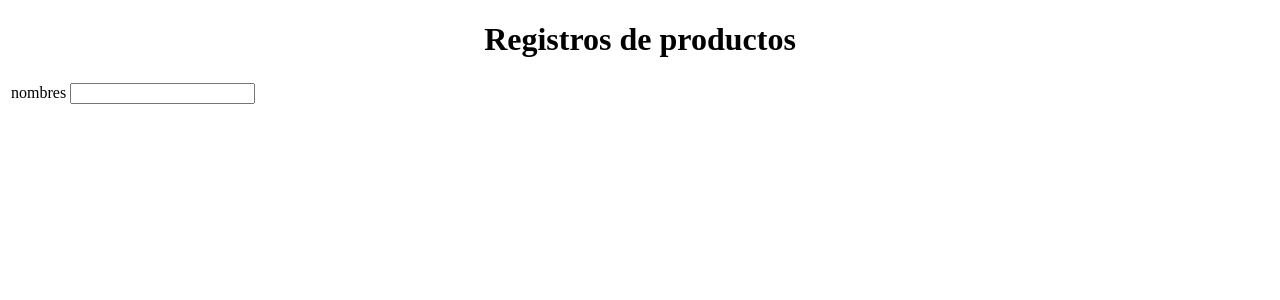
Repository: davidgit20/Examen_JPA
Page: http://localhost/examen_CL2/RegistroProducto.jsp
The author's editor kept a copy of each file at every save. The page is drawn from the files as they stood at one save, then again after the next save.
The browser window is 1280 px wide. The pictures show the whole page.
The page is served by Tomcat 9. Other server files are loaded and not shown.

Above is the page before, as saved 2023-10-24 23:23:08.

### examen_CL2/src/main/webapp/RegistroProducto.jsp
<%@ page language="java" contentType="text/html; charset=ISO-8859-1"
    pageEncoding="ISO-8859-1"%>
<!DOCTYPE html PUBLIC "-//W3C//DTD HTML 4.01 Transitional//EN" "http://www.w3.org/TR/html4/loose.dtd">
<html>
<head>
<meta http-equiv="Content-Type" content="text/html; charset=ISO-8859-1">
<title>Productos</title>
</head>
<body>
<h1 align="center">Registros de productos</h1>
	<form>
		<table>
			<tr>
				<td>nombres</td>
				<td><input type="text" name="nombres"></td>
			</tr>
		</table>
	</form>
</body>
</html>

After the next save:
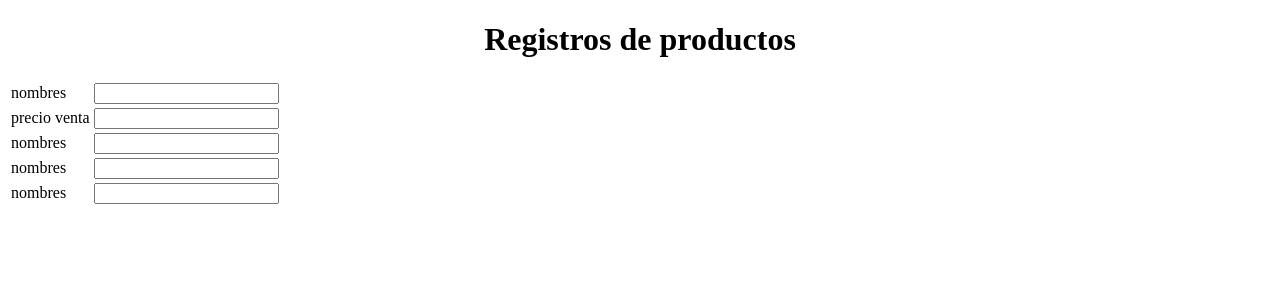
Saved 28 s later.
--- a/examen_CL2/src/main/webapp/RegistroProducto.jsp
+++ b/examen_CL2/src/main/webapp/RegistroProducto.jsp
@@ -14,6 +14,22 @@
 				<td>nombres</td>
 				<td><input type="text" name="nombres"></td>
 			</tr>
+			<tr>
+				<td>precio venta</td>
+				<td><input type="text" name="venta"></td>
+			</tr>
+			<tr>
+				<td>nombres</td>
+				<td><input type="text" name="nombres"></td>
+			</tr>
+			<tr>
+				<td>nombres</td>
+				<td><input type="text" name="nombres"></td>
+			</tr>
+			<tr>
+				<td>nombres</td>
+				<td><input type="text" name="nombres"></td>
+			</tr>
 		</table>
 	</form>
 </body>
